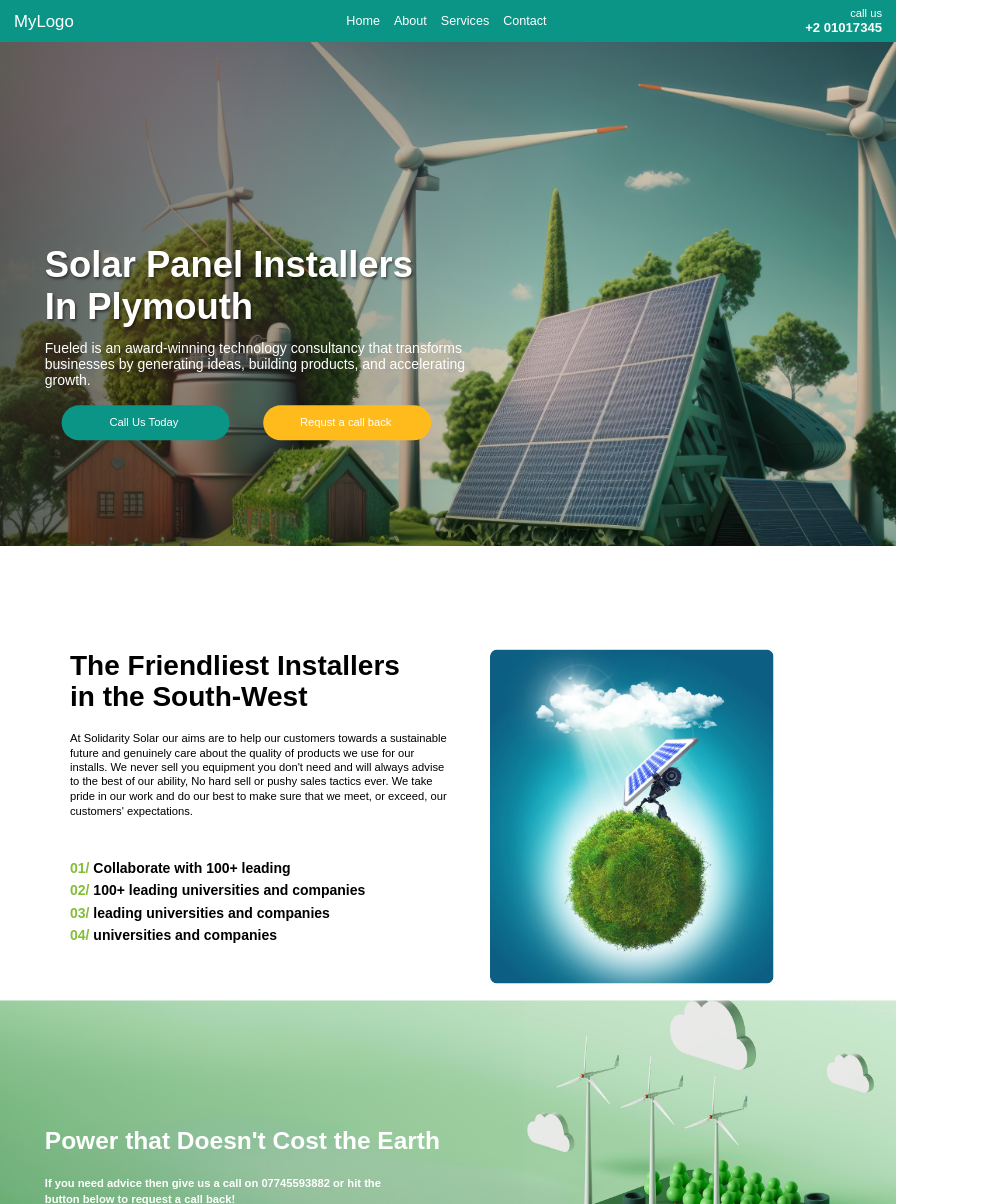
Repository: MaramNabil872/Landing-Page
Page: landingPage.html
An editor plug-in stored every save of this project. The page is shown before and after the next save, followed by the edit.
The browser window is 1280 px wide. The page is 1280 px wide, then 1440 px, then 1280 px, so the pictures cover 1440 px, including what lies to the right of the window. The pictures show the part of the page from y = 0 to 1720 px (the page is 3062 px tall before and 3119 px after), at 70% of full size.

Above is the page before, as saved 2024-10-20 22:14:27.

### landingPage.html
<!DOCTYPE html>
<html lang="en">
    <head>
        <meta charset="UTF-8" />
        <meta name="viewport" content="width=device-width, initial-scale=1.0" />
        <title>Landing Page</title>
        <link rel="stylesheet" href="landingPage.css" />
    </head>
    <body>
        <nav class="navbar">
            <div class="logo">MyLogo</div>

            <ul class="nav-links">
                <li><a href="#home">Home</a></li>
                <li><a href="#about">About</a></li>
                <li><a href="#services">Services</a></li>
                <li><a href="#contact">Contact</a></li>
            </ul>
            <div class="call">
                <p>call us</p>
                <h3>+2 01017345</h3>
            </div>
        </nav>

        <div class="image-container">
            <img
                src="images/solar-panels-meadow 1.png"
                alt="Background Image"
                class="background-image"
            />
            <div class="main-text">
                <h2 class="text-wallpaper">
                    Solar Panel Installers <br />
                    In Plymouth
                </h2>
                <br />
                <p class="text-paragraph">
                    Fueled is an award-winning technology consultancy that
                    transforms <br />
                    businesses by generating ideas, building products, and
                    accelerating<br />
                    growth.
                </p>
                <div class="button-container">
                    <button class="button-wallpaper1">Call Us Today</button>
                    <button class="button-wallpaper2">
                        Requst a call back
                    </button>
                </div>
            </div>
        </div>

        <!-- first container -->

        <div class="container1">
            <div class="text-container1">
                <p class="title-container1">
                    The Friendliest Installers <br />in the South-West
                </p>
                <p class="paragraph-container1">
                    At Solidarity Solar our aims are to help our customers
                    towards a sustainable future and genuinely care about the
                    quality of products we use for our installs. We never sell
                    you equipment you don't need and will always advise to the
                    best of our ability, No hard sell or pushy sales tactics
                    ever. We take pride in our work and do our best to make sure
                    that we meet, or exceed, our customers' expectations.
                </p>
                <div class="last-container1">
                    <p>
                        <span class="number-container1">01/ </span>Collaborate
                        with 100+ leading
                    </p>
                    <p>
                        <span class="number-container1">02/ </span> 100+ leading
                        universities and companies
                    </p>
                    <p>
                        <span class="number-container1">03/ </span> leading
                        universities and companies
                    </p>
                    <p>
                        <span class="number-container1">04/ </span> universities
                        and companies
                    </p>
                </div>
            </div>
            <div class="image-container1">
                <img src="images/Rectangle 30.png" alt="solar" />
            </div>
        </div>

        <!-- second section -->

        <div class="section2">
            <img src="images/middle.png" alt="img" />
            <div class="main-text">
                <h2 class="section2-text">Power that Doesn't Cost the Earth</h2>
                <h6 class="section2-paragraph">
                    If you need advice then give us a call on 07745593882 or hit
                    the <br />
                    button below to request a call back!
                </h6>
                <button class="button-wallpaper2">Call Us Today</button>
            </div>
        </div>

        <!-- third section -->

        <div class="white-container">
            <h2 class="title">Your Title Here</h2>
            <p class="text">
                Complete solar system kits, ready for installation. They can be
                used to supplement on-grid housing, a complete self-sustaining
                home or some combination of the two.
            </p>

            <div class="card-container">
                <div class="card">
                    <img src="images/1.png" alt="Image 2" class="card-image" />
                    <h3 class="card-title">Off Grid</h3>
                    <p class="card-text">
                        WOC has contributed to students so that they can work in
                        their dream company, we will continue to stick to our
                        commitment to create an advanced generation,
                    </p>
                    <a href="#" class="card-link">View Products →</a>
                </div>
                <div class="card">
                    <img
                        src="images/solar-panels-meadow 2 (1).png"
                        alt="Image 3"
                        class="card-image"
                    />
                    <h3 class="card-title">On Grid</h3>
                    <p class="card-text">
                        WOC has contributed to students so that they can work in
                        their dream company, we will continue to stick to our
                        commitment to create an advanced generation,
                    </p>
                    <a href="#" class="card-link">View Products →</a>
                </div>
                <div class="card">
                    <img
                        src="images/solar-panels-meadow 3.png"
                        alt="Image 1"
                        class="card-image"
                    />
                    <h3 class="card-title">Hybrid</h3>
                    <p class="card-text">
                        WOC has contributed to students so that they can work in
                        their dream company, we will continue to stick to our
                        commitment to create an advanced generation,
                    </p>
                    <a href="#" class="card-link">View Products →</a>
                </div>
            </div>
        </div>

        <!-- forth section -->


        <div class="full-width-image">
            <img src="images/8116 1 (1).png" alt="Full Width Image">
            <div class="overlay-text">
                <h2>Repairs Over Replacement</h2>
            </div>
        </div>

    </body>
</html>

### landingPage.css
* {
    margin: 0;
    padding: 0;
    box-sizing: border-box; /* Added for consistent sizing */
}

body {
    font-family: Arial, sans-serif;
}
@media (max-width: 480px) {
    .text-overlay {
        font-size: 1.2rem; /* Even smaller text size for very small screens */
    }

    .call h3 {
        font-size: 1.2rem; /* Adjust call size for small screens */
    }
}
@media (max-width: 768px) {
    .navbar {
        flex-direction: column; /* Stack items vertically */
        align-items: flex-start; /* Align items to the left */
    }

    .nav-links {
        margin-top: 10px; /* Space between navbar and links */
    }

    .nav-links li {
        margin-left: 0;
        margin-bottom: 10px; /* Space between links */
    }

    .text-overlay {
        font-size: 1.5rem; /* Smaller text size for mobile */
    }
}


.navbar {
    background-color: #0b9586;
    display: flex;
    justify-content: space-between;
    align-items: center;
    padding: 10px 20px;
    position: relative;
    flex-wrap: wrap; /* Allow items to wrap on smaller screens */
}

.logo {
    color: #fff;
    font-size: 24px;
}

.nav-links {
    list-style: none;
    display: flex;
    flex-wrap: wrap; /* Allow links to wrap on smaller screens */
}

.nav-links li {
    margin-left: 20px;
}

.nav-links a {
    text-decoration: none;
    color: white;
    font-size: 18px;
    transition: color 0.3s;
}

.nav-links a:hover {
    color: #f0a500;
}

.call {
    color: #fff;
    text-align: right; /* Align text to the right */
}

.image-container {
    position: relative;
    width: 100%;
    height: 100vh;
    overflow: hidden;
}

.background-image {
    width: 100%;
    height: 100%;
    object-fit: cover;
}
.main-text{
    position: absolute;
    top: 40%;
    left:5%;
}
.text-wallpaper {


    color: white;
    font-size: 52px;
    font-weight: bold;
    text-shadow: 2px 2px 4px rgba(0, 0, 0, 0.5);
}
.text-paragraph{
    color: white;
    font-size:  20px;

}
.button-container{
    display: flex;
}
.button-wallpaper1 {
    background-color: #0b9586;
    color: white;
    border: none;
    border-radius: 20em;
    padding: 0.8em 1.5em 0.8em 1.2em;
    width: 40%;
    margin: 4%;
    height: 50px;
    font-size: 16px;
    cursor: pointer;
    align-items: center;

}
.button-wallpaper2 {
    background-color:  #FFBB1C;
    ;
    color: white;
    border: none;
    border-radius: 20em;
    padding: 0.8em 1.5em 0.8em 1.2em;
    width: 40%;
    margin: 4%;
    height: 50px;
    font-size: 16px;
    cursor: pointer;
    align-items: center;

}

.container1 {
    display: flex;
    background-color: white;
    padding-top: 10%;
    border-radius: 8px;
    max-width: 1200px;
    margin: 20px auto;


}
.title-container1{
    font-size: 40px;
    font-weight: bold;


}
.text-container1 {
   flex:1;
    padding-right:5%;
padding-left: 5%;}
.paragraph-container1{
    margin-top: 5%;
    line-height: 1.3;
}

.last-container1{
    font-size: 20px;
    font-weight: bold;
    padding-top: 10%;
    line-height: 1.6;
    .number-container1{
        color:#84BD3A;
        ;
    }
}
.image-container1 {
   flex:1
}

.image-container1 img {
    width: 75%;
    height: auto;
    border-radius: 8px;
}


.section2 {
    position: relative;
    width: 100%;
    overflow: hidden;
}

.section2 img {
    width: 100%;
    height: auto; }

.section2-text {
font-size: 35px;
    color: white;

}
.section2-paragraph{
    padding-top: 5%;
    line-height: 1.5;

    font-size: 16px;
    color: white;
}

/* third section */
.white-container {
    background-color: white;
    padding: 5%;
    max-width: 1200px;
    margin: 2% auto;
}

.title {
    margin-bottom: 2%;
    font-size: 24px;
    color: #333;
    text-align: center;

}

.text {
    margin-bottom: 2%;
    font-size: 16px;
    color: #555;
    line-height: 1.5;
    text-align: center;
}

.card-container {
    display: flex;
    justify-content: space-between;
    margin-top: 4%;
}

.card {
    background-color: #f9f9f9;
    border-radius: 8px;
    box-shadow: 0 1px 4px rgba(0, 0, 0, 0.1);
    padding: 15px;
    text-align: center;
    flex: 1;
    margin: 0 10px;
}

.card-image {
    width: 100%;
    height: auto;
    border-radius: 4px;
}

.card-title {
    font-size: 18px;
    color: #333;
    margin-top: 5%;

}

.card-text {
    font-size: 14px;
    color: #555;
    margin-top: 5%;
    margin-bottom: 5%;
    line-height: 1.5;

}

.card-link {
    text-decoration: none;
    color: #007bff;
    font-weight: bold;
}

.card-link:hover {
    text-decoration: underline;
}
@media (max-width: 768px) {
    .card-container {
        flex-direction: column;
    }

    .card {
        flex: 1 1 100%;
        max-width: 100%;
        margin: 10px 0;
    }
}

/* forth css */

.full-width-image {
    position: relative;
    width: 100%;
    overflow: hidden; /* Ensure no overflow from the image */
}

.full-width-image img {
    width: 100%; /* Make image take full width */
    height: auto; /* Maintain aspect ratio */
}

.overlay-text {
    position: absolute;
    top: 50%; /* Center the text vertically */
    left: 50%; /* Center the text horizontally */
    transform: translate(-50%, -50%); /* Offset for centering */
    color: white; /* Text color */
    text-align: center; /* Center text alignment */
    padding: 20px; /* Optional: padding around the text */
    background-color: rgba(0, 0, 0, 0.5); /* Semi-transparent background for readability */
    border-radius: 4px; /* Optional: rounded corners */
}

After the next save:
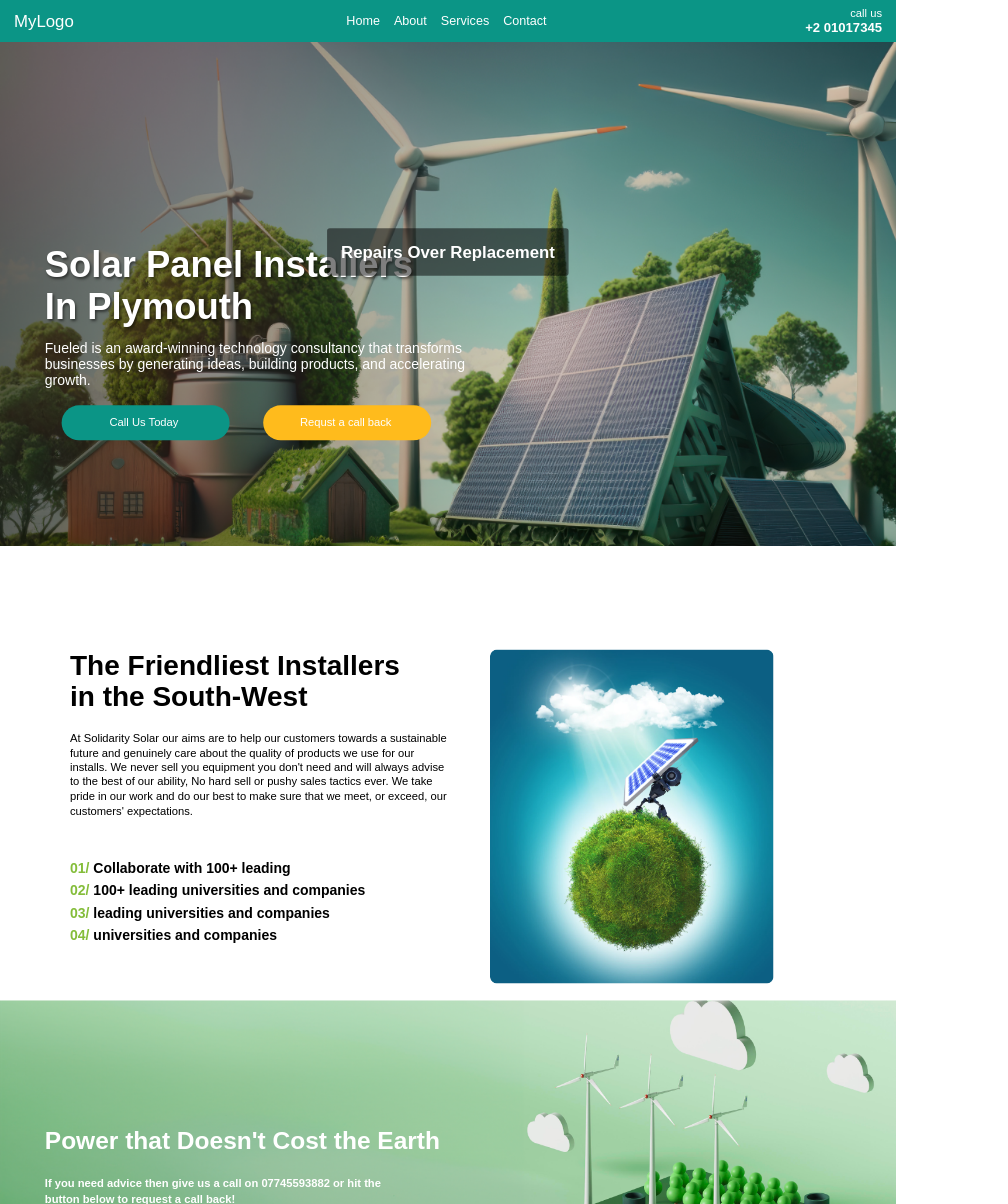
Saved 7 s later.
--- a/landingPage.html
+++ b/landingPage.html
@@ -160,7 +160,7 @@
         <!-- forth section -->
 
 
-        <div class="full-width-image">
+        <div class="forth-image">
             <img src="images/8116 1 (1).png" alt="Full Width Image">
             <div class="overlay-text">
                 <h2>Repairs Over Replacement</h2>

After the 2 saves that followed:
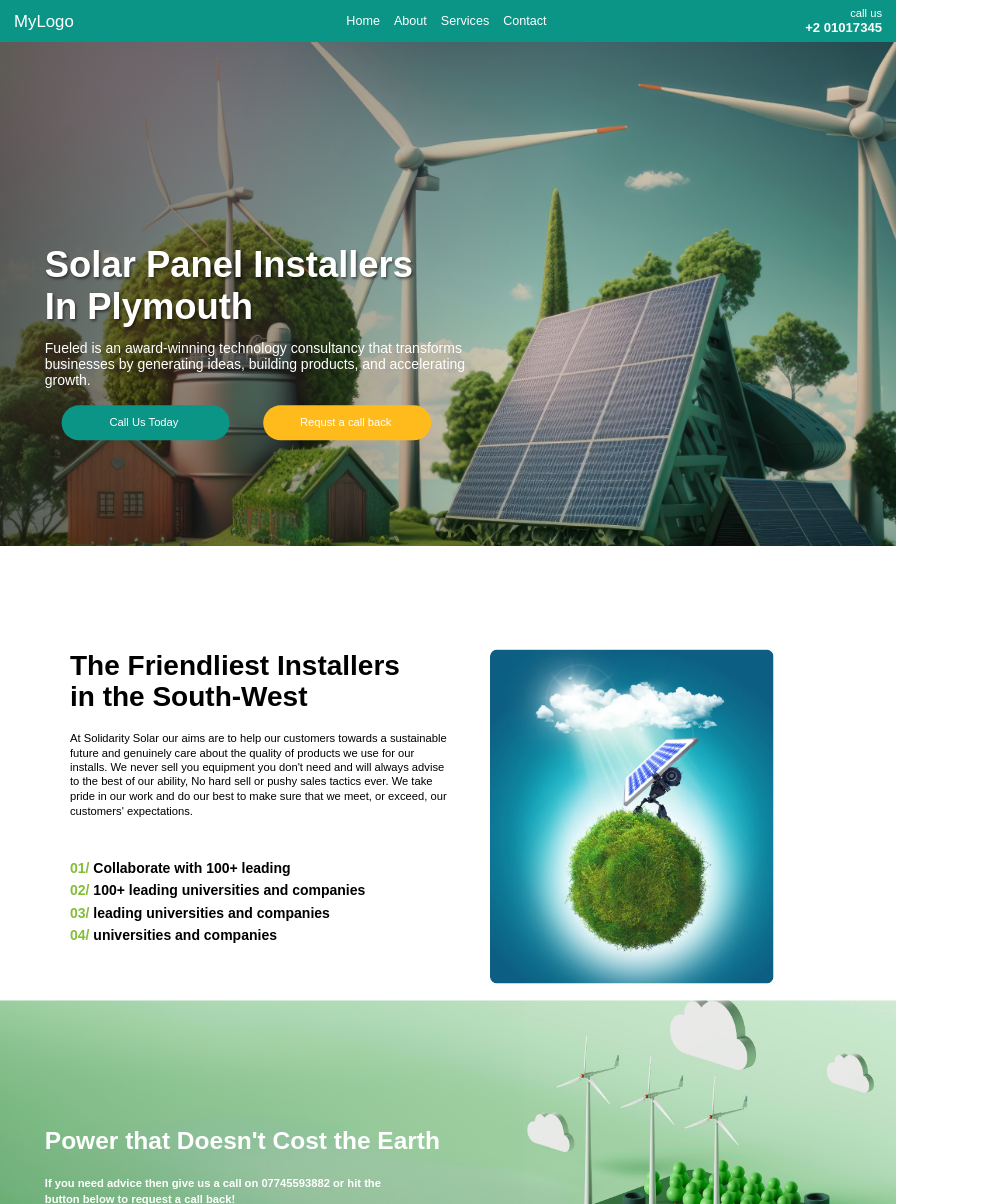
The 2 saves are shown as one change because they came seconds apart.
The last was saved 11 s later.
--- a/landingPage.css
+++ b/landingPage.css
@@ -295,13 +295,13 @@ font-size: 35px;
 
 /* forth css */
 
-.full-width-image {
+.forth-image {
     position: relative;
     width: 100%;
     overflow: hidden; /* Ensure no overflow from the image */
 }
 
-.full-width-image img {
+.forth-image img {
     width: 100%; /* Make image take full width */
     height: auto; /* Maintain aspect ratio */
 }
